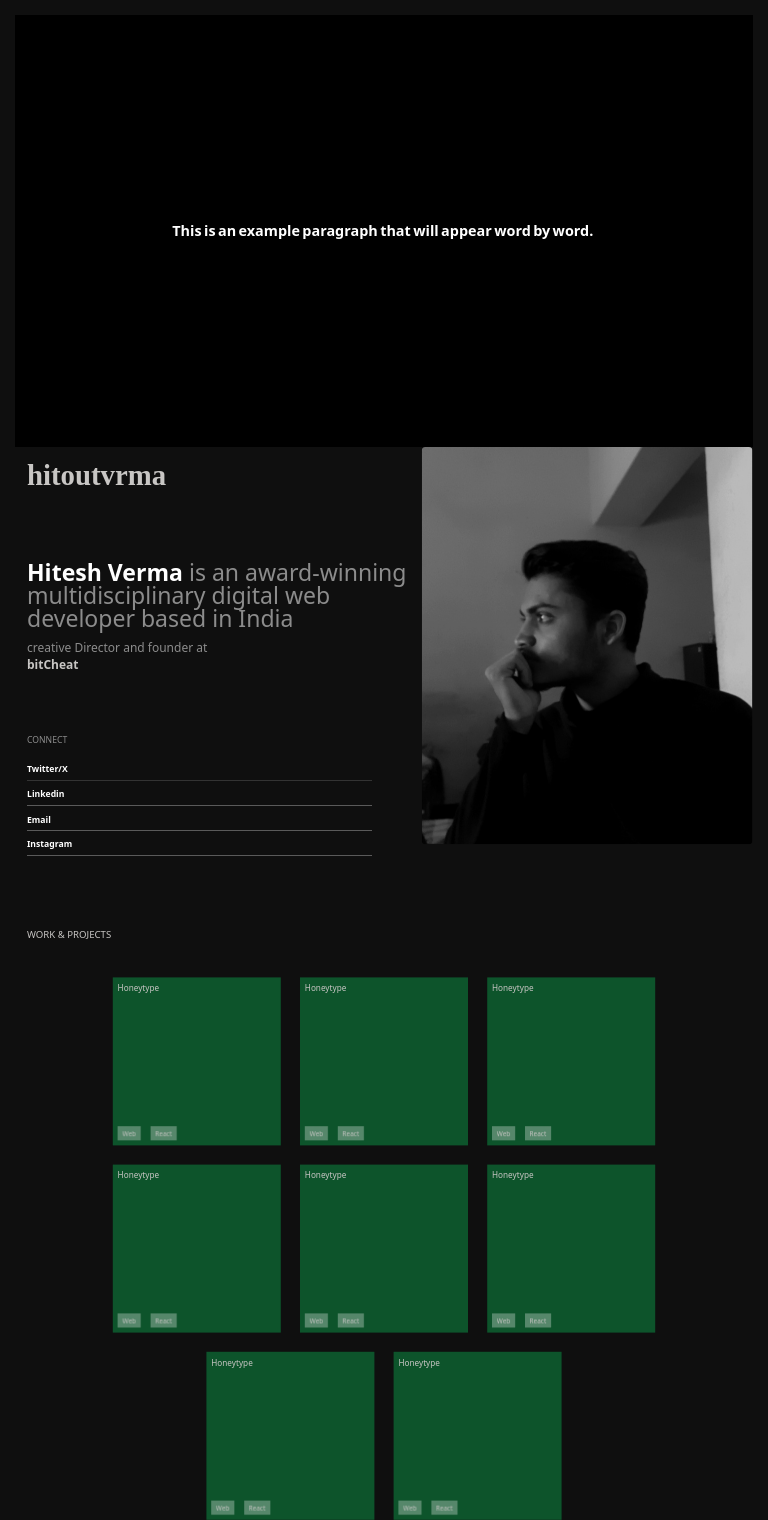
Repository: hitoutvrma/portfolio
Page: /
An editor plug-in stored every save of this project. The page is shown before and after the next save, followed by the edit.
The browser window is 1280 px wide. The pictures show the whole page, at 60% of full size.
The project was rebuilt for these pictures with package versions that can differ from the ones it lists, and the page was loaded fresh each time. Also part of the build but not shown: vite.config.js.

Above is the page before, as saved 2025-03-08 11:04:20.

After the next save:
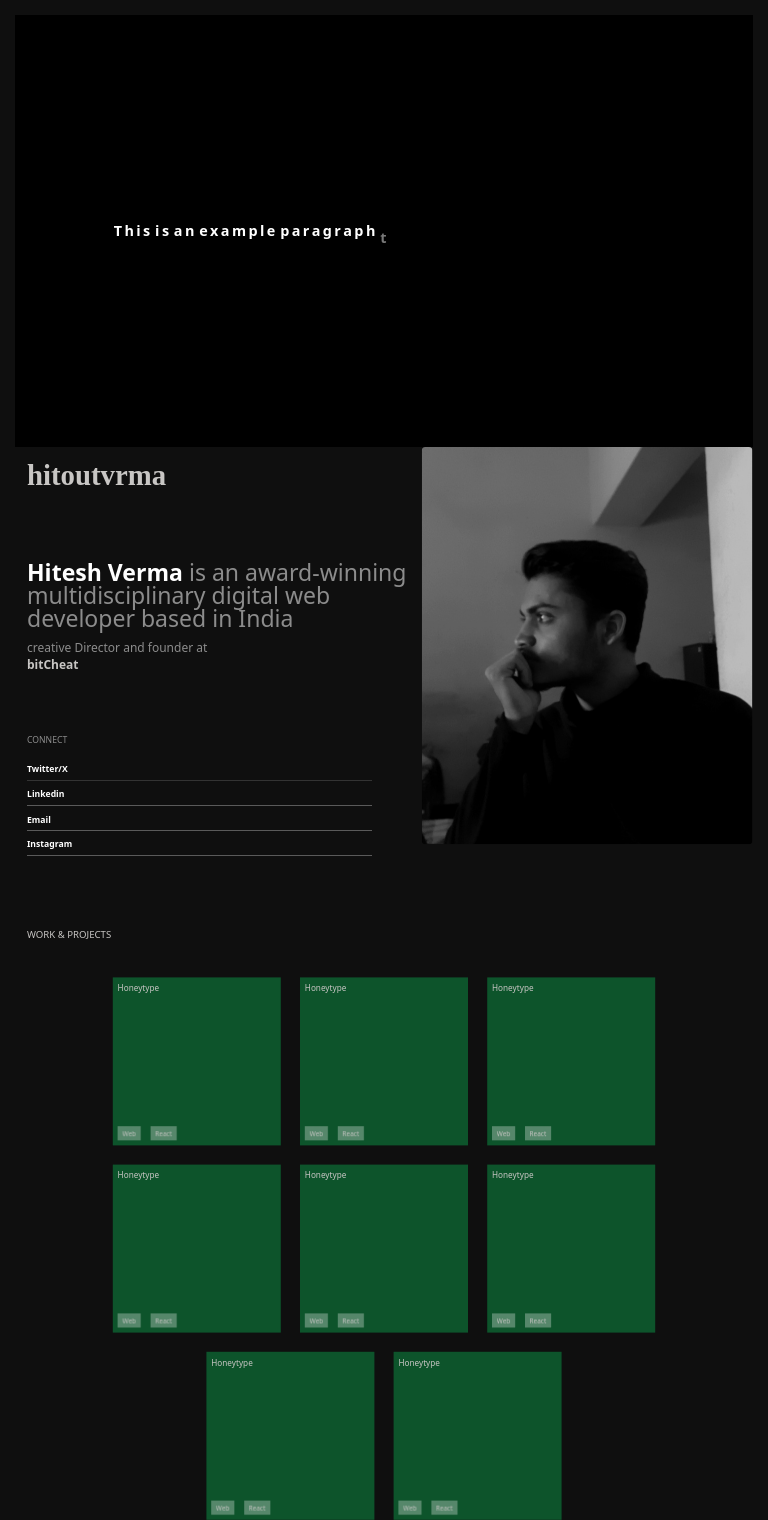
Saved 13 s later.
--- a/src/Components/AnimatedParagraph.jsx
+++ b/src/Components/AnimatedParagraph.jsx
@@ -2,7 +2,7 @@ import { motion } from "framer-motion";
 
 export default function AnimatedParagraph() {
   const text = "This is an example paragraph that will appear word by word.";
-  const words = text.split(" ");
+  const words = text.split("");
 
   return (
     <div className="flex justify-center items-center h-screen bg-black text-white">
